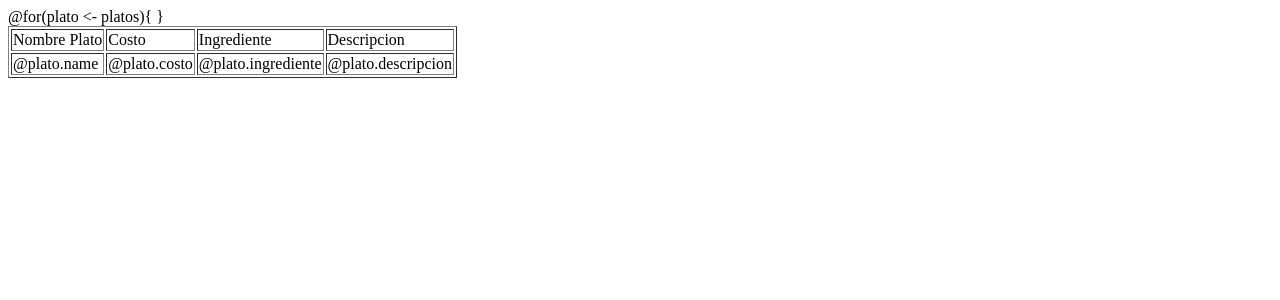
Repository: mcalvopinUTC/Producto2mcalvopin
Page: Producto2mcalvopin/app/views/index.scala.html
The author's editor kept a copy of each file at every save. The page is drawn from the files as they stood at one save, then again after the next save.
The browser window is 1280 px wide. The pictures show the whole page.

Above is the page before, as saved 2016-12-12 13:47:16.

After the next save:
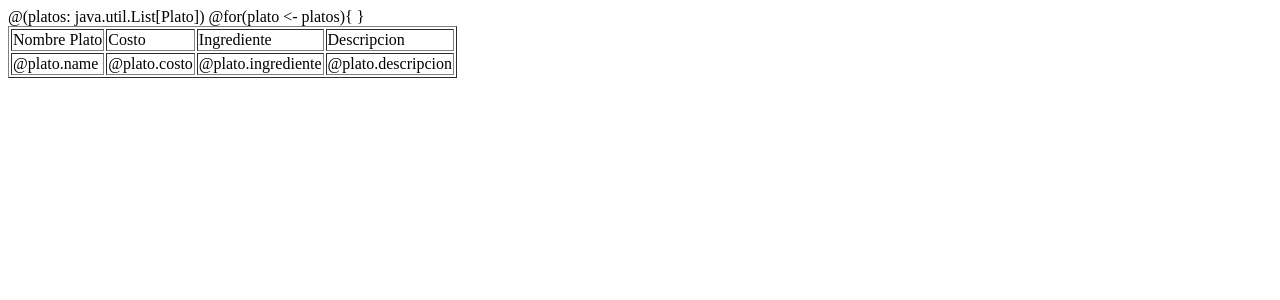
Saved 98 s later.
--- a/Producto2mcalvopin/app/views/index.scala.html
+++ b/Producto2mcalvopin/app/views/index.scala.html
@@ -1,3 +1,4 @@
+@(platos: java.util.List[Plato])
 <html>
 	<head>
 	</head>
